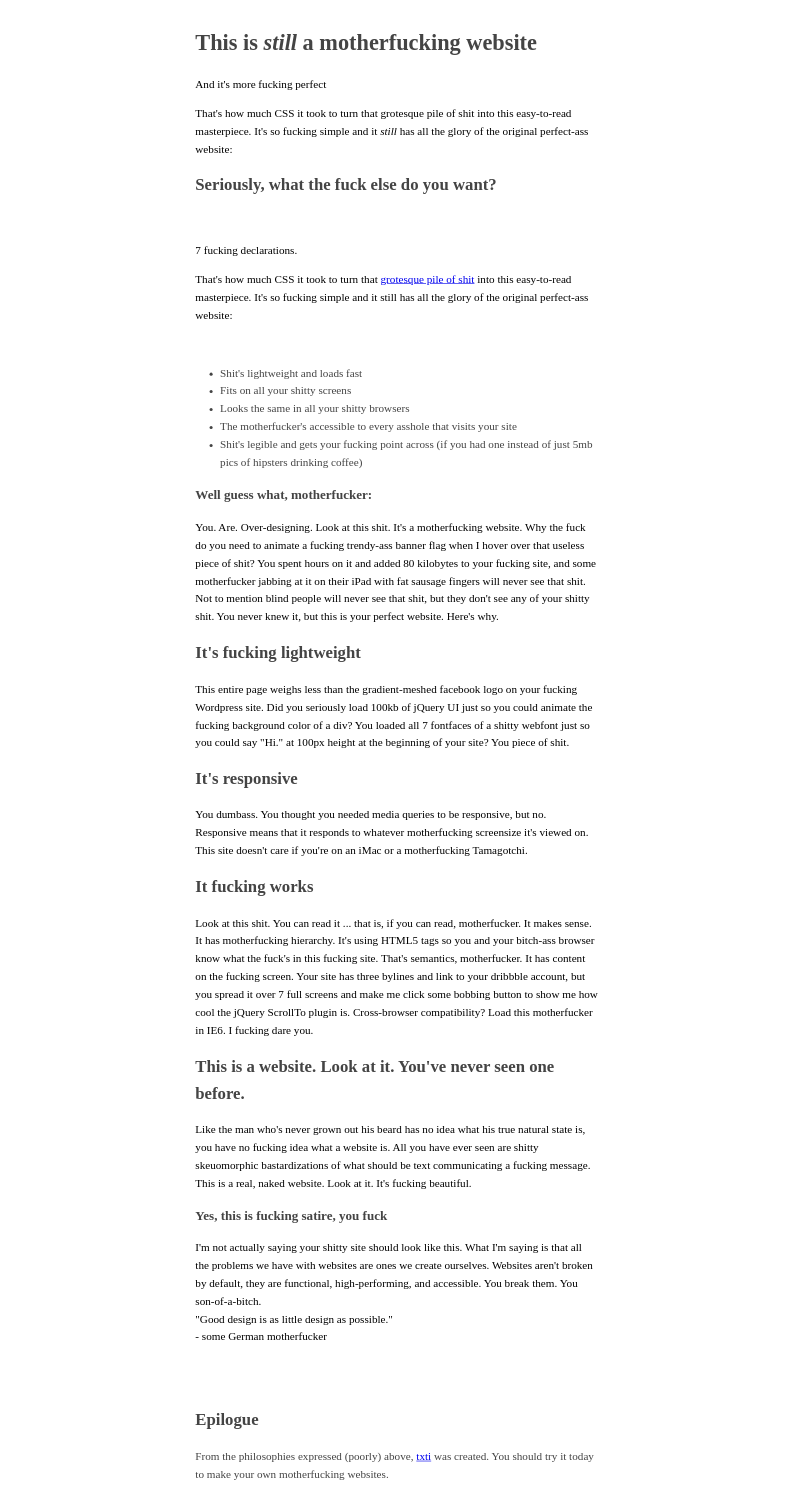
Repository: Ulrichvoitier/Refaire-Google
Page: Better MotherFuckingWebsite.html
An editor plug-in stored every save of this project. The page is shown before and after the next save, followed by the edit.
The browser window is 1280 px wide. The pictures show the whole page, at 62% of full size.

Above is the page before, as saved 2023-01-09 20:58:00.

### Better MotherFuckingWebsite.html
<html lang="fr">
    <head>
        <meta charset="utf-8">
        <title> <h1>This is <i>still</i> a motherfucking website </strong></h1></title>
    <link rel="stylesheet" href="style.css">
    </head>
    <body>
         <h1>This is <em>still</em> a motherfucking website </h1>
<p>And it's more fucking perfect
    <p>That's how much CSS it took to turn that grotesque pile of shit into this easy-to-read masterpiece. It's so fucking simple and it <em>still</em> has all the glory of the original perfect-ass website:</p>
<h2>Seriously, what the fuck else do you want?</h2><br>
<p>7 fucking declarations.
</p>
<p>That's how much CSS it took to turn that <a href="file:///media/fuse/crostini_059cf6db8a76656857740c4a03e60a0393812b57_termina_penguin/MotherFuckingWebsite.html"> grotesque pile of shit</a> into this easy-to-read masterpiece. It's so fucking simple and it still has all the glory of the original perfect-ass website:</p>
<br>
    <ul>
        <li>Shit's lightweight and loads fast</li>
        <li>Fits on all your shitty screens</li>
        <li>Looks the same in all your shitty browsers</li>
        <li>The motherfucker's accessible to every asshole that visits your site</li>
        <li>Shit's legible and gets your fucking point across (if you had one instead of just 5mb pics of hipsters drinking coffee)</li>
    </ul>
<h3>Well guess what, motherfucker:</h3>
<p>You. Are. Over-designing. Look at this shit. It's a motherfucking website. Why the fuck do you need to animate a fucking trendy-ass banner flag when I hover over that useless piece of shit? You spent hours on it and added 80 kilobytes to your fucking site, and some motherfucker jabbing at it on their iPad with fat sausage fingers will never see that shit. Not to mention blind people will never see that shit, but they don't see any of your shitty shit.

    You never knew it, but this is your perfect website. Here's why.</p>

<h2>It's fucking lightweight</h2>
<p>This entire page weighs less than the gradient-meshed facebook logo on your fucking Wordpress site. Did you seriously load 100kb of jQuery UI just so you could animate the fucking background color of a div? You loaded all 7 fontfaces of a shitty webfont just so you could say "Hi." at 100px height at the beginning of your site? You piece of shit.</p>

<h2>It's responsive</h2>
<p>You dumbass. You thought you needed media queries to be responsive, but no. Responsive means that it responds to whatever motherfucking screensize it's viewed on. This site doesn't care if you're on an iMac or a motherfucking Tamagotchi.</p>

<h2>It fucking works</h2>
<p>Look at this shit. You can read it ... that is, if you can read, motherfucker. It makes sense. It has motherfucking hierarchy. It's using HTML5 tags so you and your bitch-ass browser know what the fuck's in this fucking site. That's semantics, motherfucker.

    It has content on the fucking screen. Your site has three bylines and link to your dribbble account, but you spread it over 7 full screens and make me click some bobbing button to show me how cool the jQuery ScrollTo plugin is.

    Cross-browser compatibility? Load this motherfucker in IE6. I fucking dare you.</p>

<h2>This is a website. Look at it. You've never seen one before.</h2>
<p>Like the man who's never grown out his beard has no idea what his true natural state is, you have no fucking idea what a website is. All you have ever seen are shitty skeuomorphic bastardizations of what should be text communicating a fucking message. This is a real, naked website. Look at it. It's fucking beautiful.</p>

<h3>Yes, this is fucking satire, you fuck</h3>
<p>I'm not actually saying your shitty site should look like this. What I'm saying is that all the problems we have with websites are ones we create ourselves. Websites aren't broken by default, they are functional, high-performing, and accessible. You break them. You son-of-a-bitch.
<br>
    "Good design is as little design as possible."<br>
    - some German motherfucker</p>
    <br>
    <br>
<h2>Epilogue</h2>
From the philosophies expressed (poorly) above, <a href="http://txti.es/">txti</a> was created. You should try it today to make your own motherfucking websites.
    </body>
</html>

### style.css
p{
color:black;

}
body {
    margin: 40px auto;
    max-width: 650px;
    line-height: 1.6;
    font-size: 18px;
    color: #444;
    padding: 0 10px;
}

After the next save:
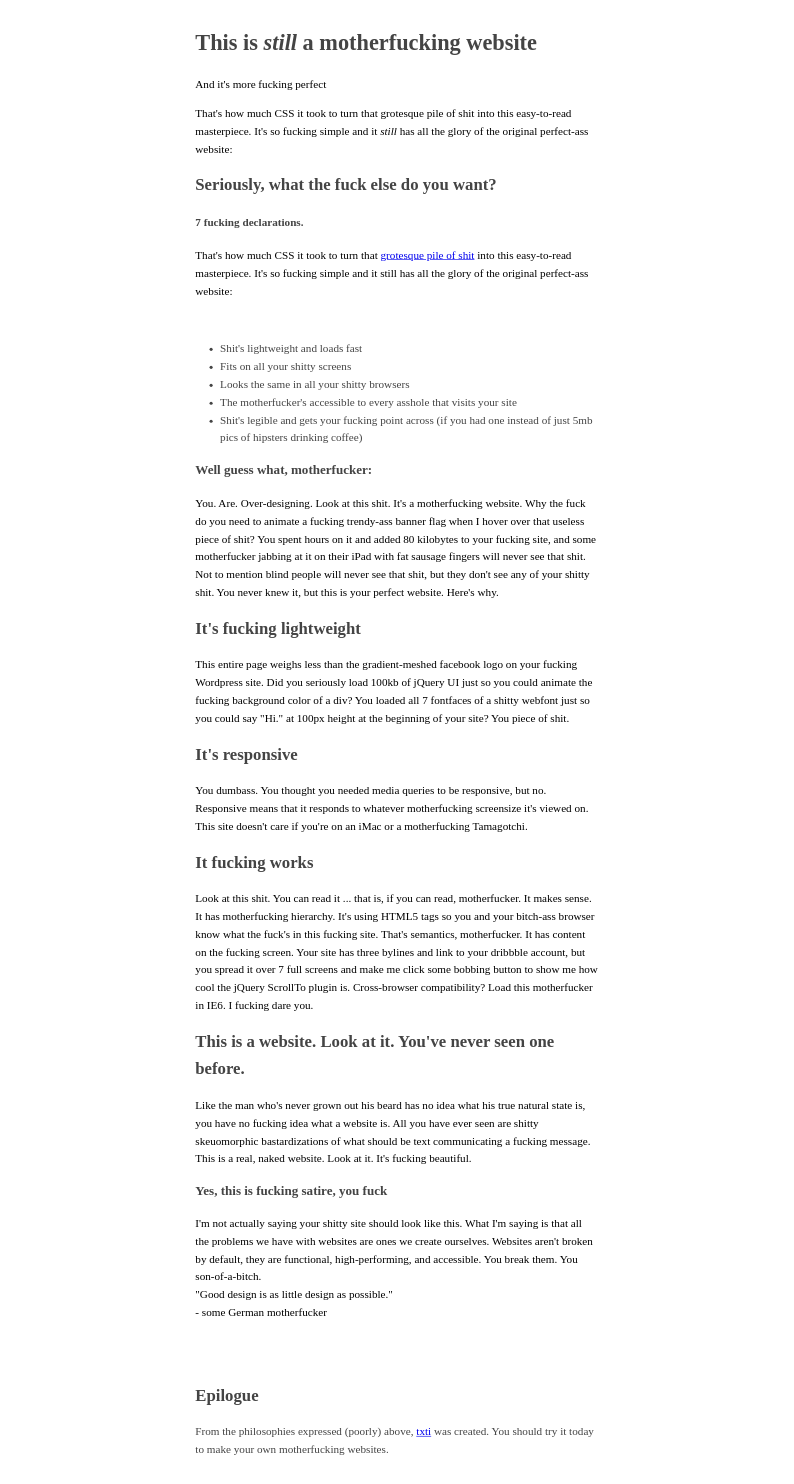
Saved 57 s later.
--- a/Better MotherFuckingWebsite.html
+++ b/Better MotherFuckingWebsite.html
@@ -8,8 +8,8 @@
          <h1>This is <em>still</em> a motherfucking website </h1>
 <p>And it's more fucking perfect
     <p>That's how much CSS it took to turn that grotesque pile of shit into this easy-to-read masterpiece. It's so fucking simple and it <em>still</em> has all the glory of the original perfect-ass website:</p>
-<h2>Seriously, what the fuck else do you want?</h2><br>
-<p>7 fucking declarations.
+<h2>Seriously, what the fuck else do you want?</h2>
+<p><h4>7 fucking declarations.</h4>
 </p>
 <p>That's how much CSS it took to turn that <a href="file:///media/fuse/crostini_059cf6db8a76656857740c4a03e60a0393812b57_termina_penguin/MotherFuckingWebsite.html"> grotesque pile of shit</a> into this easy-to-read masterpiece. It's so fucking simple and it still has all the glory of the original perfect-ass website:</p>
 <br>
